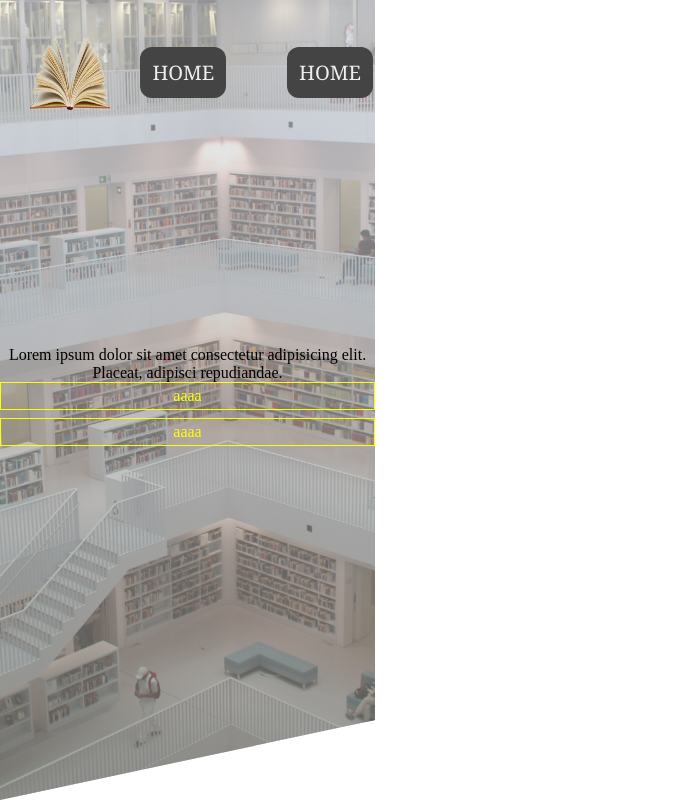
Repository: imedakrouti/BookStore
Page: ex.html
The author's editor kept a copy of each file at every save. The page is drawn from the files as they stood at one save, then again after the next save.
The browser window is 375 px wide. The page is 697 px wide, then 375 px, so the pictures cover 697 px, including what lies to the right of the window. The pictures show the whole page.

Above is the page before, as saved 2020-05-06 22:11:39.

### ex.html
<!DOCTYPE html>
<html lang="en">
<head>
    <meta charset="UTF-8">
    <meta name="viewport" content="width=device-width, initial-scale=1.0">
    <title>Document</title>
</head>
<style>
    *{
        margin: 0;
        padding: 0;
        box-sizing: border-box;
    }
    header{
    height: 100vh;
    background:linear-gradient(rgba(234,236,244,0.6),rgba(123,120,111,0.7)),url('images/img/header-bg.jpeg')no-repeat fixed center /cover;
    clip-path: polygon(0 0, 100% 0, 100% 90%, 0 100%);
    display: flex;
    align-items: center;
    justify-content: center;
  }
    .nav{
        align-self: flex-start;
        position: absolute;
        padding: 30px;
        width: 100%;
        display: flex;
        justify-content: space-between;
    }
    ul{
      display: flex;
     align-items: center;

    }
    .text-center{
        text-align: center;
    }
    .text-center a{
        display: block;
        margin-bottom: 8px;
        padding: 4px 20px;
        background: transparent;
        text-decoration: none;
        border:1px solid yellow;
        color:yellow
    }
    .text-center a:hover{
        background:yellow;
        color:#eee
    }
    ul li{
        list-style: none;
        margin: 0 30px;
    }
    ul li a{
        text-decoration: none;
       padding: 0.75rem;
       margin: 0.025rem;
        color:#eee;
        background:#444;
        font-size: 20px;
        font-family: Cambria, Cochin, Georgia, Times, 'Times New Roman', serif;
        text-transform: uppercase;
        border-radius: 12px;
    }
    @media screen and (max-width: 500px){
        .nav a img{
            width: 80px;
            height: 80px;
        }
        nav ul{
            display: block;
        }
    }

</style>
<body>
    <header>
        <div class="nav">
                <a href=""><img src="images/img/book.png" alt="" width="200px"height="30px"></a>

            <ul>
                <li><a href="">home</a></li>
                <li><a href="">home</a></li>
                <li><a href="">home</a></li>
                <li><a href="">home</a></li>

            </ul>
        </div>
        <div class="logo text-center">
            <p>Lorem ipsum dolor sit amet consectetur adipisicing elit. Placeat, adipisci repudiandae.</p>
            <a href="">aaaa</a>
            <a href="">aaaa</a>
        </div>
    </header>

</body>
</html>

After the next save:
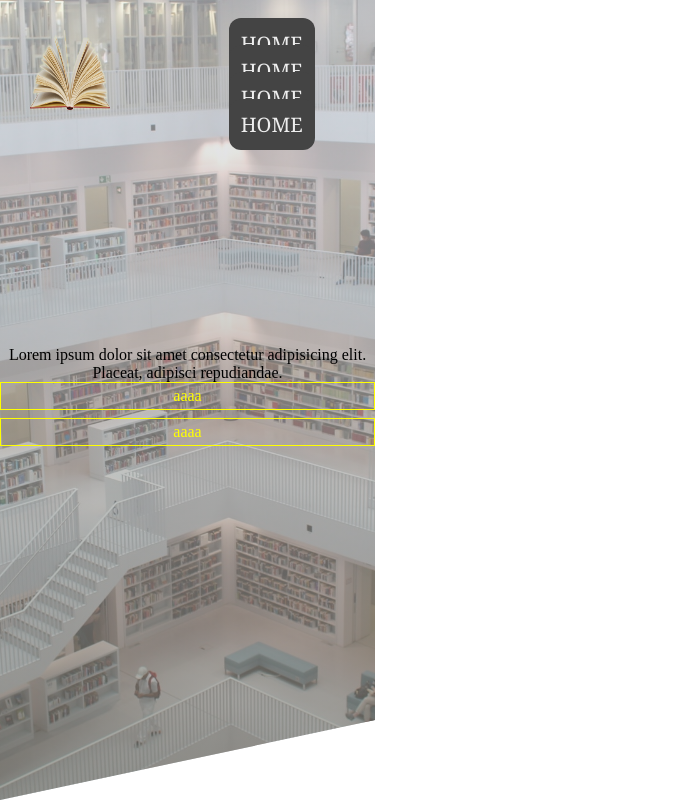
Saved 9 s later.
--- a/ex.html
+++ b/ex.html
@@ -68,7 +68,7 @@
             width: 80px;
             height: 80px;
         }
-        nav ul{
+        .nav ul{
             display: block;
         }
     }
